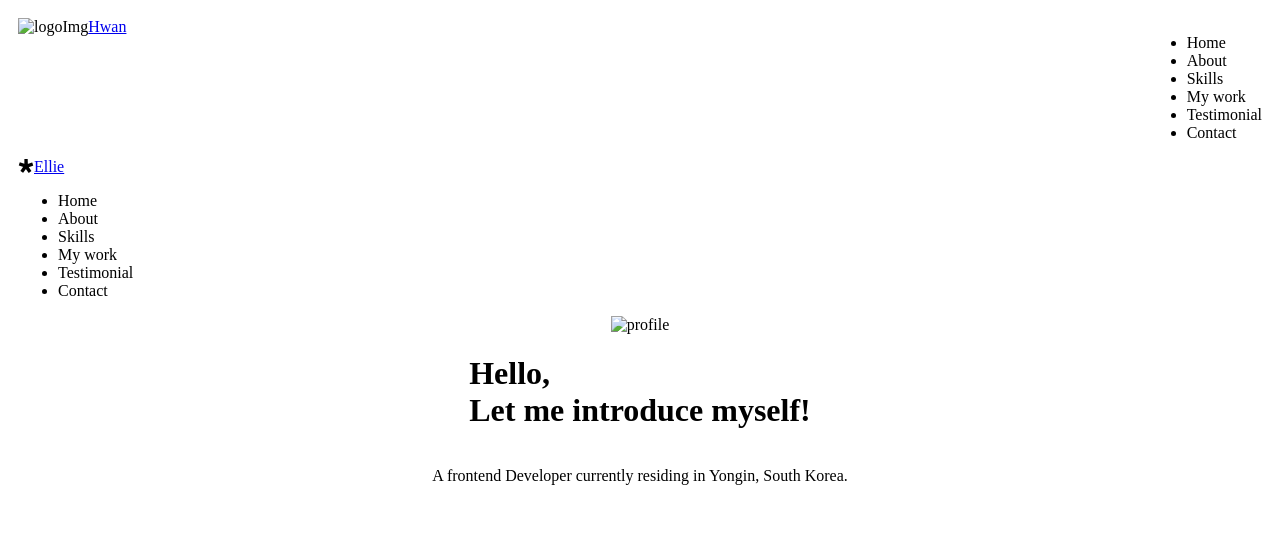
Repository: dhchun1203/Portfolio
Page: index.html
The author's editor kept a copy of each file at every save. The page is drawn from the files as they stood at one save, then again after the next save.
The browser window is 1280 px wide. The pictures show the whole page.
Some web libraries are served in a nearby version.

Above is the page before, as saved 2020-12-02 16:00:54.

After the next save:
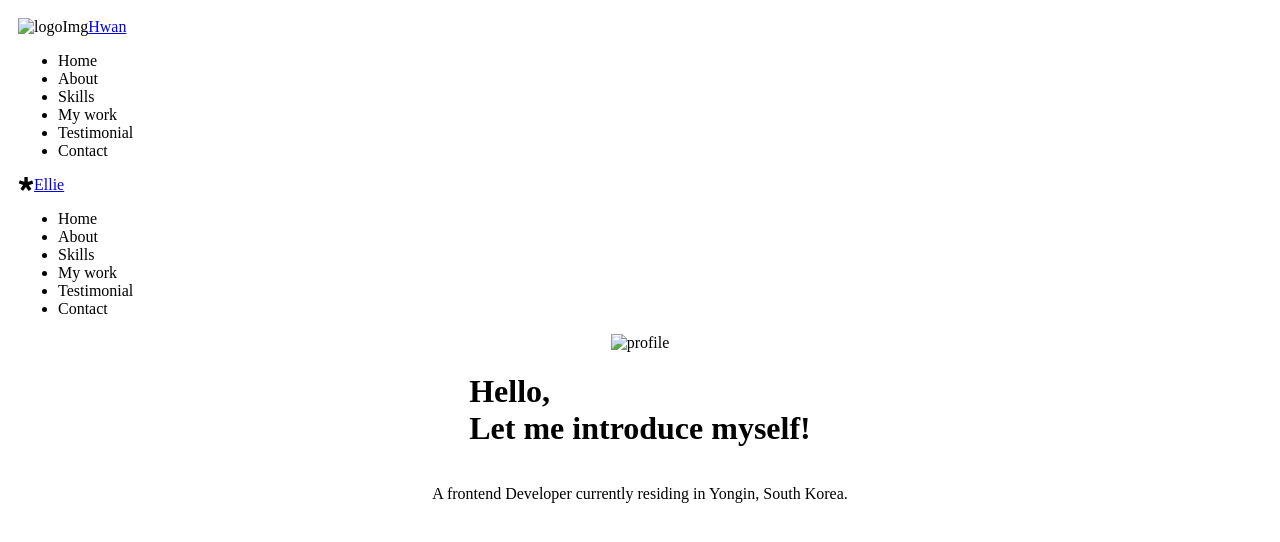
Saved 12 s later.
--- a/index.html
+++ b/index.html
@@ -23,7 +23,7 @@
 		<script src="main.js" defer></script>
 	</head>
 	<body>
-		<nav class="navbar">
+		<nav id="navbar">
 			<div class="navbar__logo">
 				<img src="" alt="logoImg" /><a href="#">Hwan</a>
 			</div>
